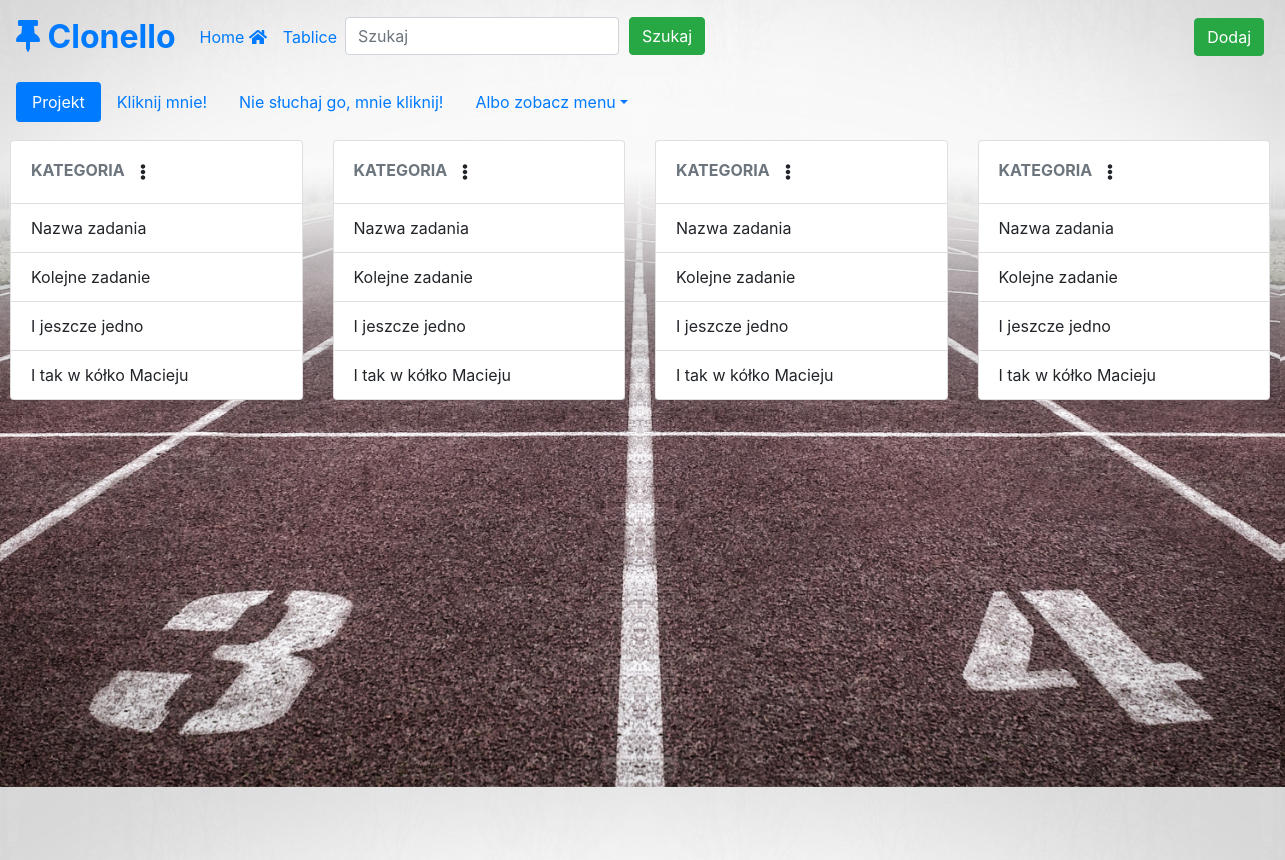
Repository: jnehlt/PAW-lab
Page: / (app in Frontend/clonello/)
An editor plug-in stored every save of this project. The page is shown before and after a run of saves, followed by the edit.
The browser window is 1280 px wide. The page is 1285 px wide, so the pictures cover 1285 px, including what lies to the right of the window. The pictures show the whole page.
The project was rebuilt for these pictures with package versions that can differ from the ones it lists, and the page was loaded fresh each time.

Above is the page before, as saved 2020-04-24 22:37:03.

### Frontend/clonello/src/main.js
import "@babel/polyfill";
import "mutationobserver-shim";
import Vue from "vue";
import "./plugins/bootstrap-vue";
import App from "./App.vue";
import router from "./router";
import "@fortawesome/fontawesome-free/css/all.css";
import "@fortawesome/fontawesome-free/js/all.js";

Vue.config.productionTip = false;

new Vue({
  router,
  render: h => h(App)
}).$mount("#app");

### Frontend/clonello/src/App.vue
<template>
  <div id="app">
    <topheader></topheader>
    <projectheader></projectheader>

    <div class="row">
        <maincard></maincard>
        <maincard></maincard>
        <maincard></maincard>
        <maincard></maincard>
        <maincard></maincard>
        <maincard></maincard>
        <maincard></maincard>
        <maincard></maincard>
    </div>
    <router-view />
  </div>
</template>

<script>
import TopHeader from "@/components/TopHeader.vue";
import ProjectHeader from "@/components/ProjectHeader.vue";
import MainCard from "@/components/MainCard.vue";

export default {
  components: {
    "topheader": TopHeader,
    "projectheader": ProjectHeader,
    "maincard": MainCard
  }
};
</script>

<style lang="scss">

body {
    background-image: url("../src/assets/running-track-sn-3000x2001.jpg");
    background-size: cover;
    background-position: center;
}

.dropdown-header {
    font-size: larger;
    font-weight: bolder;
}

html, body {
    height: 100%;
}

.list-head {
    font-weight: bolder;
    text-transform: uppercase;
}

.btn {
    margin-left: 2px;
}


.row {
  display: flex;
  flex-wrap: nowrap;
  overflow-x: auto;
  margin-left: -5px;
  margin-right: -5px;
  margin-top: 10px;
  height: 100vh;
}

::-webkit-scrollbar {
  height: 4px;              /* height of horizontal scrollbar ← You're missing this */
  width: 4px;               /* width of vertical scrollbar */
  border: 1px solid #d5d5d5;
  margin-left: -5px;
  margin-right: -5px;
}


</style>

### Frontend/clonello/src/components/TopHeader.vue
<template>
  <div>
    <nav class="navbar navbar-expand-lg">
      <a class="navbar-brand" href="#"><i class="fas fa-thumbtack"></i> Clonello</a>
      <button class="navbar-toggler navbar-dark" type="button" data-toggle="collapse" data-target="#navbarNav" aria-controls="navbarNav" aria-expanded="false" aria-label="Toggle navigation">
          <span class="navbar-toggler-icon"></span>
      </button>
      <div class="collapse navbar-collapse" id="navbarNav">
        <ul class="navbar-nav mr-auto">
          <li class="nav-item">
            <a class="nav-link" href="#">Home <i class="fas fa-home"></i></a>
          </li>
          <li class="nav-item">
            <a class="nav-link" href="#">Tablice</a>
          </li>
          <li class="nav-item">
            <form class="form-inline my-2 my-lg-0">
              <input class="form-control mr-sm-2" type="search" placeholder="Szukaj" aria-label="Search">
              <button class="btn btn-success my-2 my-sm-0" type="submit">Szukaj</button>
            </form>
          </li>
        </ul>
        <ul class="navbar-right navbar-nav">
          <li>
            <b-button v-b-toggle.collapse-1 variant="success">Dodaj</b-button>
            <b-collapse id="collapse-1" class="mt-2">
              <b-card>
                <p class="card-text">Collapse contents Here</p>
                <b-button v-b-toggle.collapse-1-inner size="sm">Toggle Inner Collapse</b-button>
                <b-collapse id="collapse-1-inner" class="mt-2">
                  <b-card>Hello!</b-card>
                </b-collapse>
              </b-card>
            </b-collapse>
          </li>
        </ul>
      </div>
    </nav>
  </div>
  <!-- class="btn btn-success" type="button" data-toggle="collapse" data-target="#collapseAdd" aria-expanded="false" aria-controls="collapseAdd">Dodaj <i class="fas fa-plus"></i>
            </button> -->
</template>

<script>



export default {

};
</script>

<!-- Add "scoped" attribute to limit CSS to this component only -->
<style scoped lang="scss">
.navbar-brand {
    font-weight: bolder;
    font-size: 2em;
}

.navbar {
    background-color: transparent;
}

.navbar-toggler {
    background-color: #4e555b;
}
</style>

### Frontend/clonello/src/components/ProjectHeader.vue
<template>
  <div>
      <div class="navbar navbar-expand-lg">
      <ul class="nav nav-pills nav-fill">
        <li class="nav-item">
          <a class="nav-link active" href="#">Projekt</a>
        </li>
        <li class="nav-item">
          <a class="nav-link" href="#">Kliknij mnie!</a>
        </li>
        <li class="nav-item">
          <a class="nav-link" href="#">Nie słuchaj go, mnie kliknij!</a>
        </li>
        <li class="nav-item dropdown">
          <a class="nav-link dropdown-toggle" data-toggle="dropdown" href="#" role="button" aria-haspopup="true" aria-expanded="false">Albo zobacz menu</a>
          <div class="dropdown-menu">
            <h5 class="dropdown-header">Menu</h5>
            <div class="dropdown-divider"></div>
            <a class="dropdown-item" href="#">No dobra</a>
            <a class="dropdown-item" href="#">Trochę zamieszania</a>
            <a class="dropdown-item" href="#">Dziwnie wyszło</a>
            <a class="dropdown-item" href="#">Ale klinkij tamte</a>
          </div>
        </li>
      </ul>
    </div>
  </div>
</template>

<script>
export default {

}
</script>

<style>
.navbar-brand {
    font-weight: bolder;
    font-size: 2em;
}

.navbar {
    background-color: transparent;
}

.navbar-toggler {
    background-color: #4e555b;
}
</style>

### Frontend/clonello/src/components/MainCard.vue
<template>
        <div class="col-3 col-md-3 col-sm-3">
            <ul class="list-group">
                <li class="list-group-item disabled list-head" aria-disabled="true">Kategoria<button class="btn btn-kropki"><i class="fas fa-ellipsis-v"></i></button></li>
                <li class="list-group-item">Nazwa zadania</li>
                <li class="list-group-item">Kolejne zadanie</li>
                <li class="list-group-item">I jeszcze jedno</li>
                <li class="list-group-item">I tak w kółko Macieju</li>
            </ul>
        </div>

</template>

<script>
export default {

}
</script>

<style>

</style>

### Frontend/clonello/src/views/Home.vue
<template>
  <div class="home"></div>
</template>

<script>
// @ is an alias to /src
export default {
  name: "Home",
  components: {}
};
</script>

Loaded but not shown: Frontend/clonello/public/index.html (common file); Frontend/clonello/src/plugins/bootstrap-vue.js (common file); Frontend/clonello/src/router/index.js (common file)

After the next 2 saves:
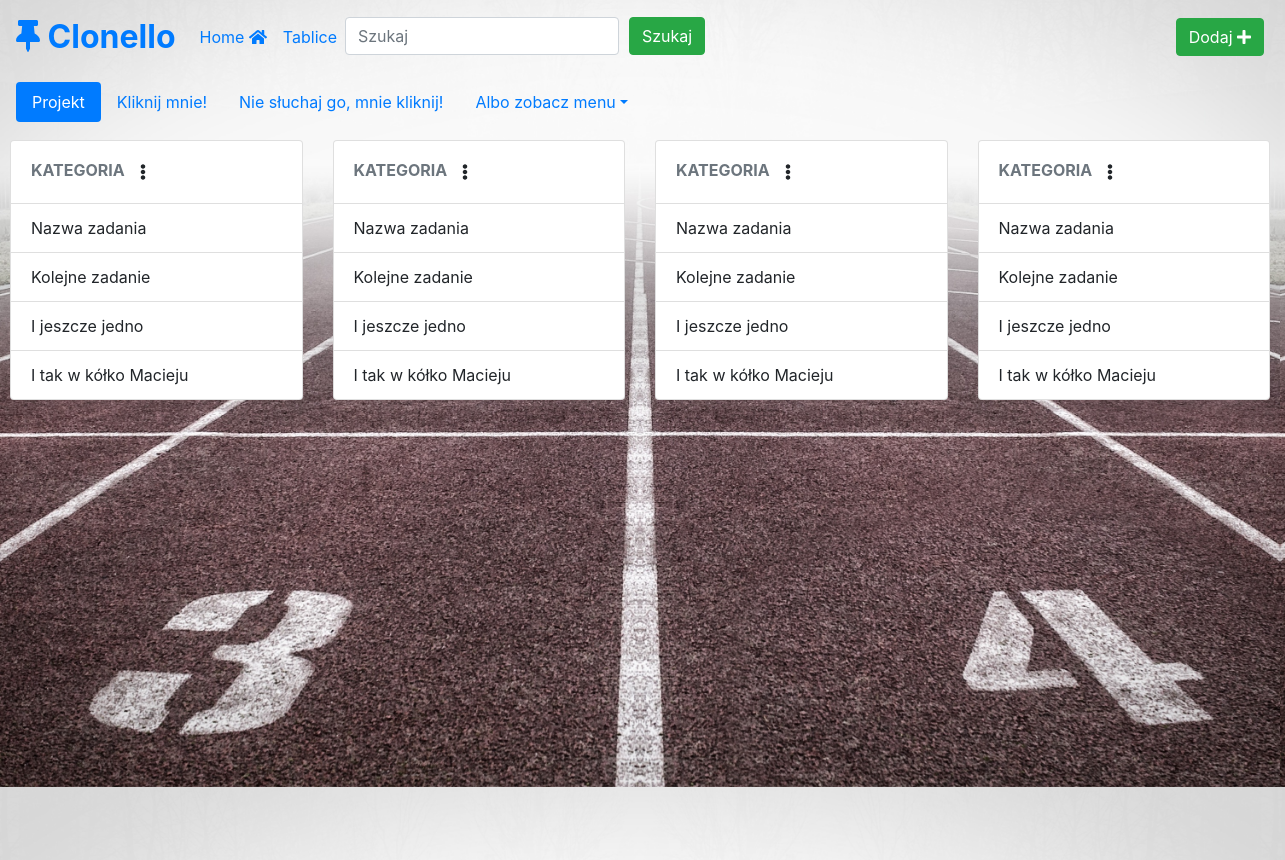
The 2 saves are shown as one change because they came seconds apart.
The last was saved 22 s later.
--- a/Frontend/clonello/src/components/TopHeader.vue
+++ b/Frontend/clonello/src/components/TopHeader.vue
@@ -22,7 +22,7 @@
         </ul>
         <ul class="navbar-right navbar-nav">
           <li>
-            <b-button v-b-toggle.collapse-1 variant="success">Dodaj</b-button>
+            <b-button v-b-toggle.collapse-1 variant="success">Dodaj <i class="fas fa-plus"></i></b-button>
             <b-collapse id="collapse-1" class="mt-2">
               <b-card>
                 <p class="card-text">Collapse contents Here</p>
